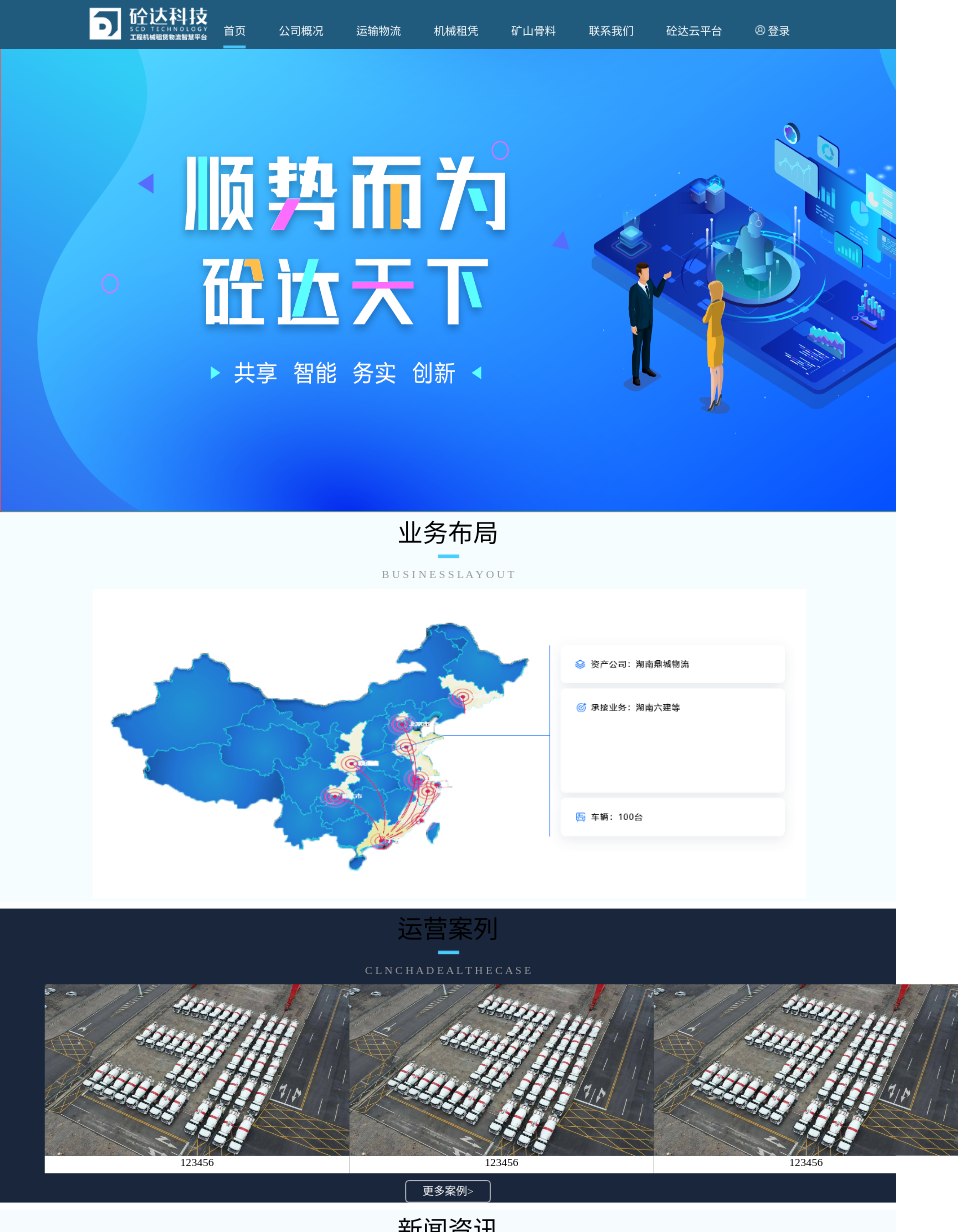
Repository: nzrdjdj/nzrdjdj.github.io
Page: index.html
An editor plug-in stored every save of this project. The page is shown before and after the next save, followed by the edit.
The browser window is 1280 px wide. The page is 1369 px wide, so the pictures cover 1369 px, including what lies to the right of the window. The pictures show the part of the page from y = 0 to 1760 px (the page is 2768 px tall before and 2036 px after), at 70% of full size.

Above is the page before, as saved 2021-10-09 09:56:59.

### index.html
<!DOCTYPE html>
<html lang="en">

<head>
    <meta charset="UTF-8">
    <meta http-equiv="X-UA-Compatible" content="IE=edge">
    <meta name="viewport" content="width=device-width, initial-scale=1.0">
    <title>首页</title>
    <link rel="stylesheet" href="./css/index.css">
    <link rel="stylesheet" href="./css/lunbo.css">
</head>

<script>
    // var nei = document.getElementById("ab").children;
    // var left = document.getElementsByClassName("left")[0];
    // var lunbo = document.getElementsByClassName("lunbo")[0];
    // var right = document.getElementsByClassName("right")[0];
    // var bu = document.getElementById("bu").children;
    // var index = 0

    // function str() {
    //     index++
    //     if (index >= 6) {
    //         index = 0;
    //     }
    //     main()
    // }

    // function main() {
    //     for (var i = 0; i < nei.length; i++) {
    //         nei[i].style.display = "none"
    //         bu[i].classList.remove("hei")
    //     }
    //         nei[index].style.display = "block"
    //         bu[index].classList.add("hei")
    // }

    // item = setInterval(str, 2000)
    // // 自动轮播


    // lunbo.onmouseover = function () {
    //     clearInterval(item)
    // }
    // lunbo.onmouseout = function () {
    //     item = setInterval(str, 2000)
    // }

    // // 左右按钮

    // left.onclick = function () {
    //     index--;
    //     if (index < 0) {
    //         index = nei.length - 1
    //     }
    //     main()
    // }

    // right.onclick = function () {
    //     index++;
    //     if (index >= nei.length) {
    //         index = 0
    //     }
    //     main()
    // }

    // // 底部按钮

    // for (var i = 0; i < bu.length; i++) {
    //     bu[i].index = i;
    //     bu[i].onclick = function () {
    //         index = this.index;
    //         for (var j = 0; j < bu.length; j++) {
    //             main()
    //         }

    //     }
    // }
</script>

<body>
    <div class="all">
        <div class="head">
            <div class="haed-logo" id="lunbo">
                <img src="./images/slider/bg1.png" />
                <img src="./images/slider/bg3.jpg" />
                <img src="./images/slider/bg2.jpg" />
            </div>
            <div class="head-title">
                <div class="head-nav">
                    <div class="left">
                        <image class="" src="./images/logo.png" mode="widthFix" />
                    </div>
                    <div class="right">
                        <div class="hover">首页</div>
                        <div>公司概况</div>
                        <div>运输物流</div>
                        <div>机械租凭</div>
                        <div>矿山骨料</div>
                        <div>联系我们</div>
                        <div>砼达云平台</div>
                        <div>
                            <image class="" src="./images/dl.png" "/>
                            登录
                        </div>
                    </div>
                </div>
            </div>
        </div>
        <div class=" main">
                                <!-- 业务 -->
                                <div class="firstmain">
                                    <div class="firstmain-info">业务布局</div>
                                    <div class="first-border">
                                        <image class="" src="./images/partners/bar.png" />
                                    </div>
                                    <div class="colorstyle">B U S I N E S S L A Y O U T</div>
                                    <div class="main-img">
                                        <image style="width: 80%;margin-top: 10px;" src="./images/partners/map.png"
                                            mode="widthFix" />
                                    </div>
                                </div>
                                <!-- 运营 -->
                                <div class="mainCenter">
                                    <div class="firstmain-info">运营案列</div>
                                    <div class="first-border">
                                        <image class="" src="./images/partners/bar.png" />
                                    </div>
                                    <div class="colorstyle">C L N C H A D E A L T H E C A S E</div>
                                    <div class="pgimg">
                                        <div class="img">
                                            <div class="yui">
                                                <image style="width: 435px;height: 245px;"
                                                    src="./images/partners/car2.png" />
                                                <div class="zzhao">
                                                    <div>查看案例详情</div>
                                                </div>
                                            </div>
                                            <div class="icon">123456</div>
                                        </div>
                                        <div class="img">
                                            <div class="yui">
                                                <image style="width: 435px;height: 245px;"
                                                    src="./images/partners/car2.png" />
                                                <div class="zzhao">
                                                    <div>查看案例详情</div>
                                                </div>
                                            </div>
                                            <div class="icon">123456</div>
                                        </div>
                                        <div class="img">
                                            <div class="yui">
                                                <image style="width: 435px;height: 245px;"
                                                    src="./images/partners/car2.png" />
                                                <div class="zzhao">
                                                    <div>查看案例详情</div>
                                                </div>
                                            </div>
                                            <div class="icon">123456</div>
                                        </div>
                                    </div>
                                    <div class="anli">
                                        <div>更多案例></div>
                                    </div>
                                </div>
                                <!-- 新闻资讯 -->
                                <div class="ctenrnew">
                                    <div class="xinwen">
                                        <div class="firstmain-info">新闻资讯</div>
                                        <div class="first-border">
                                            <image class="" src="./images/partners/bar.png" />
                                        </div>
                                        <div class="colorstyle">N E W S A N D infomation</div>
                                    </div>
                                    <div class="news">
                                        <div style="    padding-top: 22px;">
                                            <div>
                                                <image style="width: 435px;height: 245px;"
                                                    src="./images/partners/car2.png" />
                                            </div>
                                            <div style="width: 435px;">
                                                展会预告| 与您相约2021年长沙国际工程机械展览会<br>
                                                <span
                                                    style="color: gray;">2021长沙国际工程机械展览会将于5月19日在长沙国际会展中心拉开帷幕。这将是今年全球唯一举办的30万平方米超大型工程机械行业展会。</span>
                                            </div>
                                        </div>
                                        <div>
                                            <div
                                                style="height: 125px; margin-top: 20px; background-color: #fff;margin-left:10px;">
                                                <div style="display: flex;">
                                                    <div style="margin-left: 20px; margin-top: 20px;">
                                                        <div style="color: gray;font-size: 24px;">15</div>
                                                        <div style="color: gray;margin-top: 30px;">2021-03</div>
                                                    </div>
                                                    <div style="padding: 15px; line-height: 30px;">
                                                        <div>混凝土泵车的使用应注意哪些事项</div>
                                                        <span
                                                            style="color: gray;margin-top: 30px;padding-top: 20px; margin-left: 10px;">凝土泵车在进行各项操作时应有专业<br>的操作人员对其进行系统的培训...</span>
                                                    </div>
                                                </div>
                                            </div>
                                            <div
                                                style="height: 125px; margin-top: 20px; background-color: #fff;margin-left:10px;">
                                                <div style="display: flex;">
                                                    <div style="margin-left: 20px; margin-top: 20px;">
                                                        <div style="color: gray;font-size: 24px;">15</div>
                                                        <div style="color: gray;margin-top: 30px;">2021-03</div>
                                                    </div>
                                                    <div style="padding: 15px; line-height: 30px;">
                                                        <div>混凝土泵车的使用应注意哪些事项</div>
                                                        <span
                                                            style="color: gray;margin-top: 30px;padding-top: 20px; margin-left: 10px;">凝土泵车在进行各项操作时应有专业<br>的操作人员对其进行系统的培训...</span>
                                                    </div>
                                                </div>
                                            </div>
                                        </div>
                                        <div>
                                            <div
                                                style="height: 125px; margin-top: 20px; background-color: #fff;margin-left:10px;">
                                                <div style="display: flex;">
                                                    <div style="margin-left: 20px; margin-top: 20px;">
                                                        <div style="color: gray;font-size: 24px;">15</div>
                                                        <div style="color: gray;margin-top: 30px;">2021-03</div>
                                                    </div>
                                                    <div style="padding: 15px; line-height: 30px;">
                                                        <div style="color: #56CFFF;">混凝土泵车的使用应注意哪些事项</div>
                                                        <span
                                                            style="color: gray;margin-top: 30px;padding-top: 20px; margin-left: 10px;">凝土泵车在进行各项操作时应有专业<br>的操作人员对其进行系统的培训...</span>
                                                    </div>
                                                </div>
                                            </div>
                                            <div
                                                style="height: 125px; margin-top: 20px; background-color: #fff;margin-left:10px;">
                                                <div style="display: flex;">
                                                    <div style="margin-left: 20px; margin-top: 20px;">
                                                        <div style="color: gray;font-size: 24px;">15</div>
                                                        <div style="color: gray;margin-top: 30px;">2021-03</div>
                                                    </div>
                                                    <div style="padding: 15px; line-height: 30px;">
                                                        <div>混凝土泵车的使用应注意哪些事项</div>
                                                        <span
                                                            style="color: gray;margin-top: 30px;padding-top: 20px; margin-left: 10px;">凝土泵车在进行各项操作时应有专业<br>的操作人员对其进行系统的培训...</span>
                                                    </div>
                                                </div>
                                            </div>
                                        </div>
                                    </div>
                                </div>
                                <!-- 关于我们 -->
                                <div class="about">
                                    <div class="xinwen">
                                        <div class="ab">关于我们</div>
                                        <div class="first-border">
                                            <image class="" src="./images/partners/bar.png" />
                                        </div>
                                        <div class="colorstyle">A B 0 U T US</div>
                                    </div>
                                    <div class="aboutinfo">
                                        <div class="oneaboutinfo">
                                            <div style="padding-left:10px;"> 砼 达 科 技 是 一 家 服 务 于 混 凝 土 及 原 材 料 生 产 、 物 流
                                                、 施 工 的 共 享 智 能 化 平 台 。</div>
                                            <div>愿 景 ： 推 动 混 凝 土 产 业 数 字 文 明 进 程 ， 打 造 混 凝 土 高 效 流 通 生 态 圈 ; </div>
                                            <div>使 命 ： 打 造 一 个 社 会 化 高 度 协 同 、 智 慧 的 工 程 机 械 物 联 网 运 营 平 台 </div>
                                            <div> 核 心 价 值 观 ： 服 务 创 造 价 值 ， 专 业 赢 得 信 任 ， 坚 持 成 就 梦 想 ， 奋 斗 改 变 生 活
                                            </div>
                                        </div>
                                        <div>
                                            <image style="height:200px;width: 460px;" src="./images/partners/city.png"
                                                mode="widthFix" />
                                        </div>
                                    </div>
                                </div>
                        </div>
                    </div>
                    <div class="footer">
                        <div class="footerinfo">
                            <div class="left">
                                <div>
                                    <image style="margin-top: 30px;" src="./images/banner1.png" />
                                </div>
                                <div style="display: flex; justify-content: space-between;width: 700px;">
                                    <div style="margin-top: 10px; margin-left: -10px;">
                                        <image src="" />
                                        📞 电 话: 1 5 0 8 4 9 3 5 5 5 5
                                    </div>
                                    <div style="margin-top: 10px;">📫 邮 箱: 1 2 3 7 1 5 8 3 0 @ qq.com</div>
                                </div>
                                <div style="margin-top: 10px;">
                                    地址:长 沙 市 雨 花 区 德 思 勤 广 场 1 栋 605室
                                </div>
                                <div style="margin-top: 10px;">
                                    友情链接 : 长沙鼎宸机械设备租赁有限公司 | 湖南鼎宸物流有限公司 | 湖南砼达物流有限公司 | 湖南鑫铅锂新能源科技有限公司 | 贵州砼达科技有限公司
                                </div>
                            </div>
                            <div class="right">
                                <div style="text-align: center;">
                                    <div style="color: #fff;">关于我们</div>
                                    <div class="font">砼达简介</div>
                                    <div class="font">商混物流</div>
                                    <div class="font">机械租凭</div>
                                    <div class="font">矿山骨科</div>
                                </div>
                                <div>
                                    <div style="color: #fff;">关注我们<span
                                            style="color: gray;font-size: 12px;">(扫一扫)</span></div>
                                    <div class="ewm"></div>
                                </div>
                            </div>
                        </div>
                        <div class="last">
                            <div class="last-info font"></div>
                            <div class="font">Copyight 2012-2015 砼达科技 版权所有 honghu.com 湘ICP备15019654号.</div>
                        </div>
                    </div>
</body>

</html>

### css/index.css
*{
    margin: 0;
    padding: 0;
}
.head-title{
    position: relative;
    line-height: 70px;
    top: 0;
    left: 0;
    width: 100%;
    position: fixed;
    background-color: #205B7E;
    height: 70px;
    z-index:99;
}
.head-nav{
    width: 80%;
    margin: 0 auto;
    display: flex;
}
.head-nav .left{
    flex: 1;
    margin-top: 10px;
}
.head-nav div{
    height: 55px;
}
.head-title .right{
    display: flex;
    color: #fff;
    width: 880px;
    cursor: pointer;
    justify-content: space-around;
}

.hover{
    border-bottom: 4px solid #49C5F6;
    text-align: center;
}

/* 轮播 */
.haed-logo{
    display: flex;
    overflow: hidden;

}
.haed-logo img{
    /* position: absolute; */
    width: 100%;
    float: right;
    border: 1px solid red;
}



/* main */
.main{
    width: 100%;
    position: relative;
}
.firstmain{
    text-align: center;
    background-color: #F6FDFE;
}
.firstmain-info{
    font-size: 36px;
}
.colorstyle{
    margin-top: 10px;
    color: #999999;
}
.mainCenter{
    /* background: url(../images/service/logo.png); */
    margin-top: 10px;
    text-align: center;
    background-color: #19263C;
}
.pgimg{
    display: flex;
    width: 90%;
    margin: 0 auto;
    margin-top: 10px;
    justify-content: space-between;
}
.yui{
    height: 245px;
}
.icon{
    width: 435px;
    height: 25px;
    background: #fff;
}
.zzhao{
    font-size: 15px;
    width: 435px;
    height: 245px;
    background: rgba(0, 0, 0, 0.5);
    position: absolute;
    margin-top: -249px;
    display: none;
}
.yui:hover .zzhao{

    display: block;
}
.zzhao div{
    color:#49C5F6;
    padding: 10px;
    border: 1px solid #49C5F6;
    width: 100px;
    margin: 100px auto;
    cursor: pointer;
}
.anli{
    color: #fff;
    padding: 10px;
    border: 1px solid #fff;
    width: 100px;
    height: 10px;
    border-radius: 5px;
    cursor: pointer;
    margin: 10px auto;
    text-align: center;
    line-height: 10px;
}
.xinwen{
    margin-top: 10px;
    text-align: center;
}
.news{
    width: 80%;
    margin: 10px auto;
    display: flex;
}
.news div{
   /* flex: 1; */

}
.ctenrnew{

    background-color: #F6FBFE;
}
.about{
    background-color: #0E0F1B;
    height: 330px;
}
.ab{
    color:#fff;
    font-size: 36px;
}
.aboutinfo{
    display: flex;
    width: 80%;
    margin: 0 auto;
}
.oneaboutinfo{
    width: 65%;
}
.aboutinfo{
    margin-top: 10px;
}
.oneaboutinfo div{
    padding: 10px;
    font-size: 12px;
    color: #fff;
}
.footer{
    width: 100%;
    height: 225px;
    background-color: #1B222E;
    margin-top: -10px;
}
.footerinfo{
    display: flex;
    width: 80%;
    margin: 10px auto;
}
.left{
    color: gray;
    font-size: 12px;
}
.right{
    margin-top: 10px;
    width: 20%;
    display: flex;
    justify-content: space-between;
}
.font{
    margin-top: 10px;
    color: gray;
    font-size: 12px;
}
.ewm{
    margin-top: 10px;
    width: 70px;
    height: 70px;
    background-color: #fff;
}
.last{
    width: 80%;
    margin: 0 auto;
}
.last-info{
    border-top: 1px solid gray;
}

### css/lunbo.css
#lunbo img{
    width: 1519px;
    height: 730px;
}

After the next save:
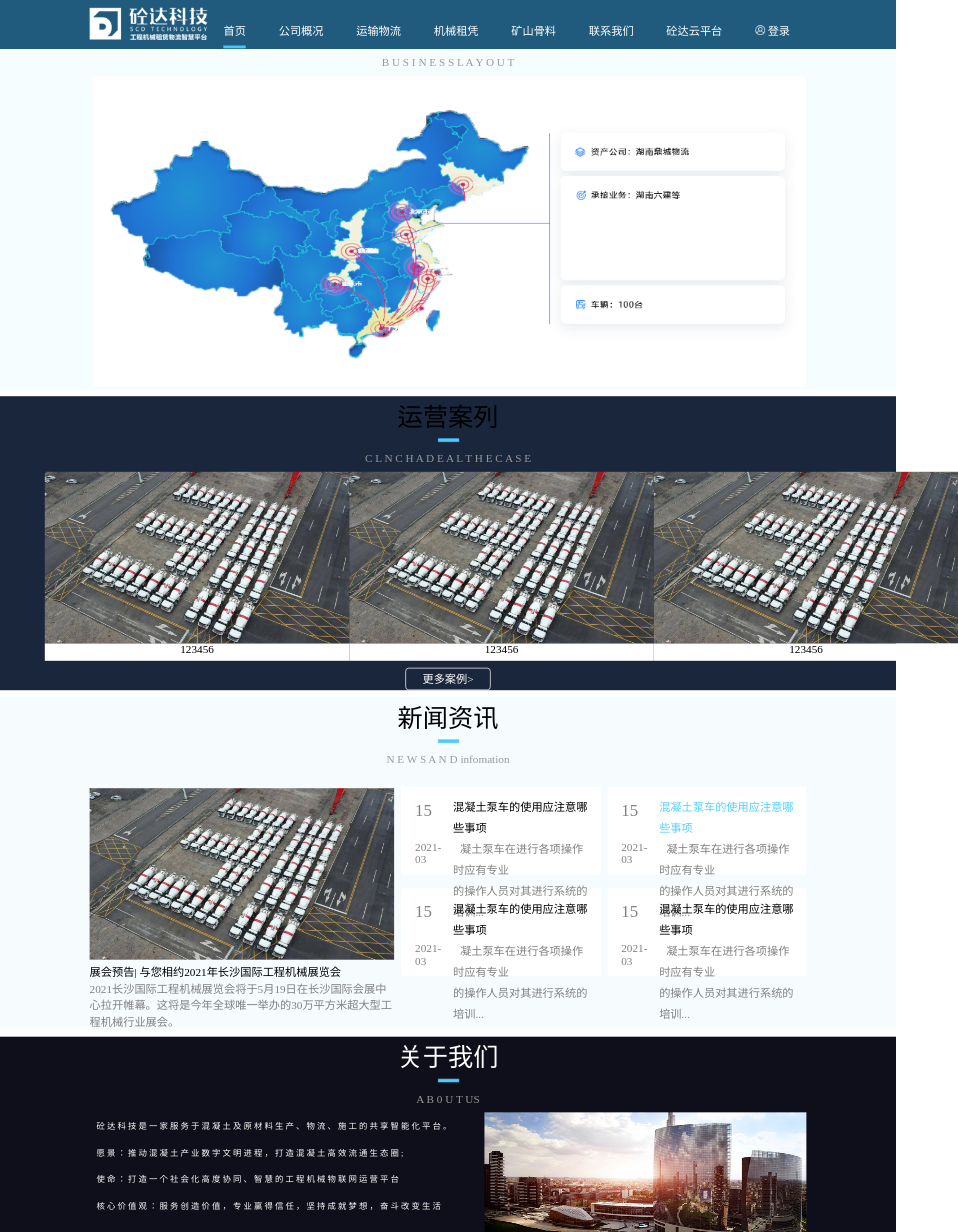
Saved 43 s later.
--- a/index.html
+++ b/index.html
@@ -82,9 +82,9 @@
     <div class="all">
         <div class="head">
             <div class="haed-logo" id="lunbo">
-                <img src="./images/slider/bg1.png" />
+                <!-- <img src="./images/slider/bg1.png" />
                 <img src="./images/slider/bg3.jpg" />
-                <img src="./images/slider/bg2.jpg" />
+                <img src="./images/slider/bg2.jpg" /> -->
             </div>
             <div class="head-title">
                 <div class="head-nav">
